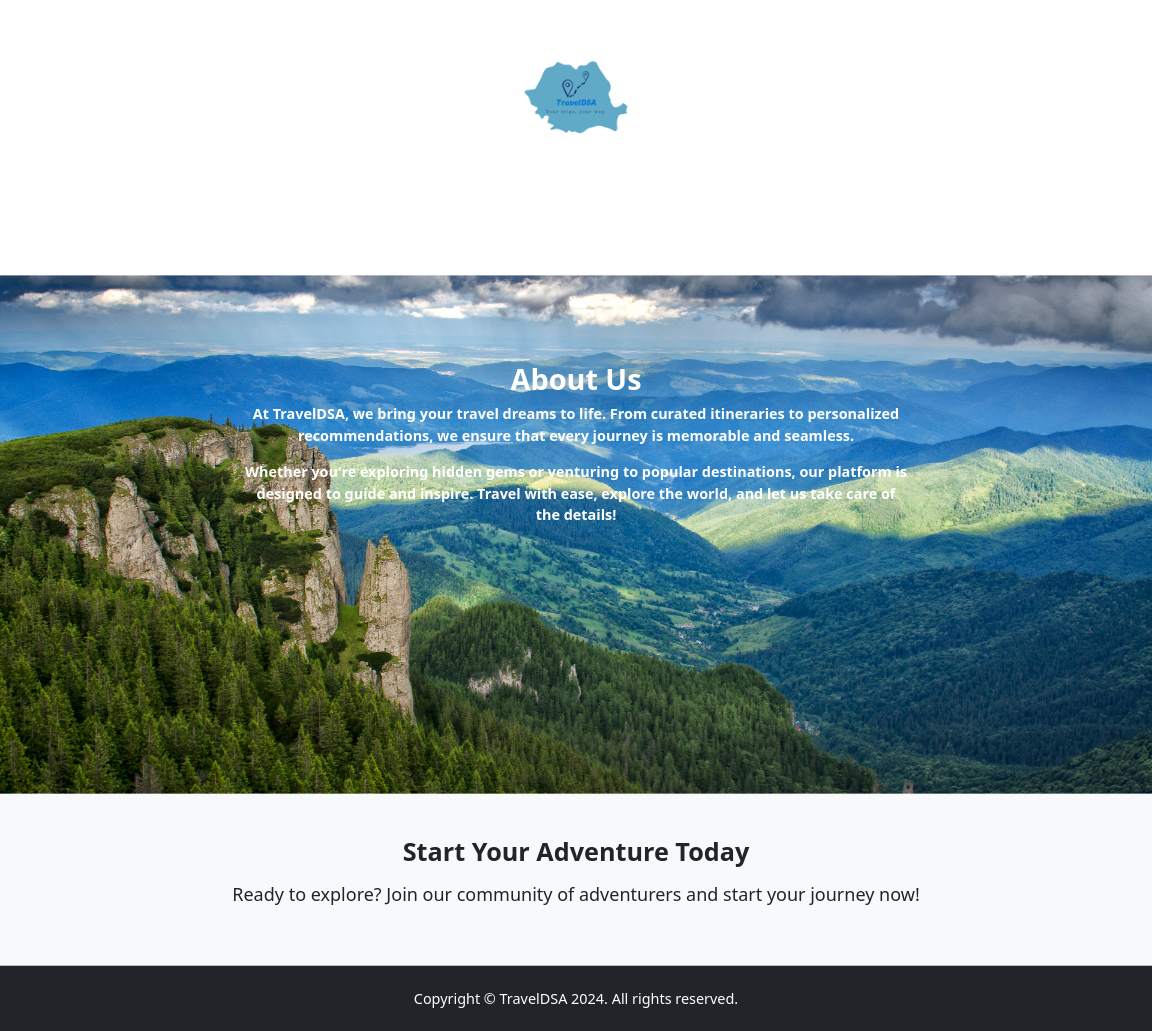
Repository: bettowww/TravelDSA
Page: /home
An editor plug-in stored every save of this project. The page is shown before and after the next save, followed by the edit.
The browser window is 1280 px wide. The pictures show the whole page, at 90% of full size.
The project was rebuilt for these pictures with package versions that can differ from the ones it lists, and the page was loaded fresh each time. The framework's server and built-in components were replaced by stand-ins that run in the browser. Also part of the build but not shown: next.config.mjs.

Above is the page before, as saved 2024-12-10 13:54:06.

After the next save:
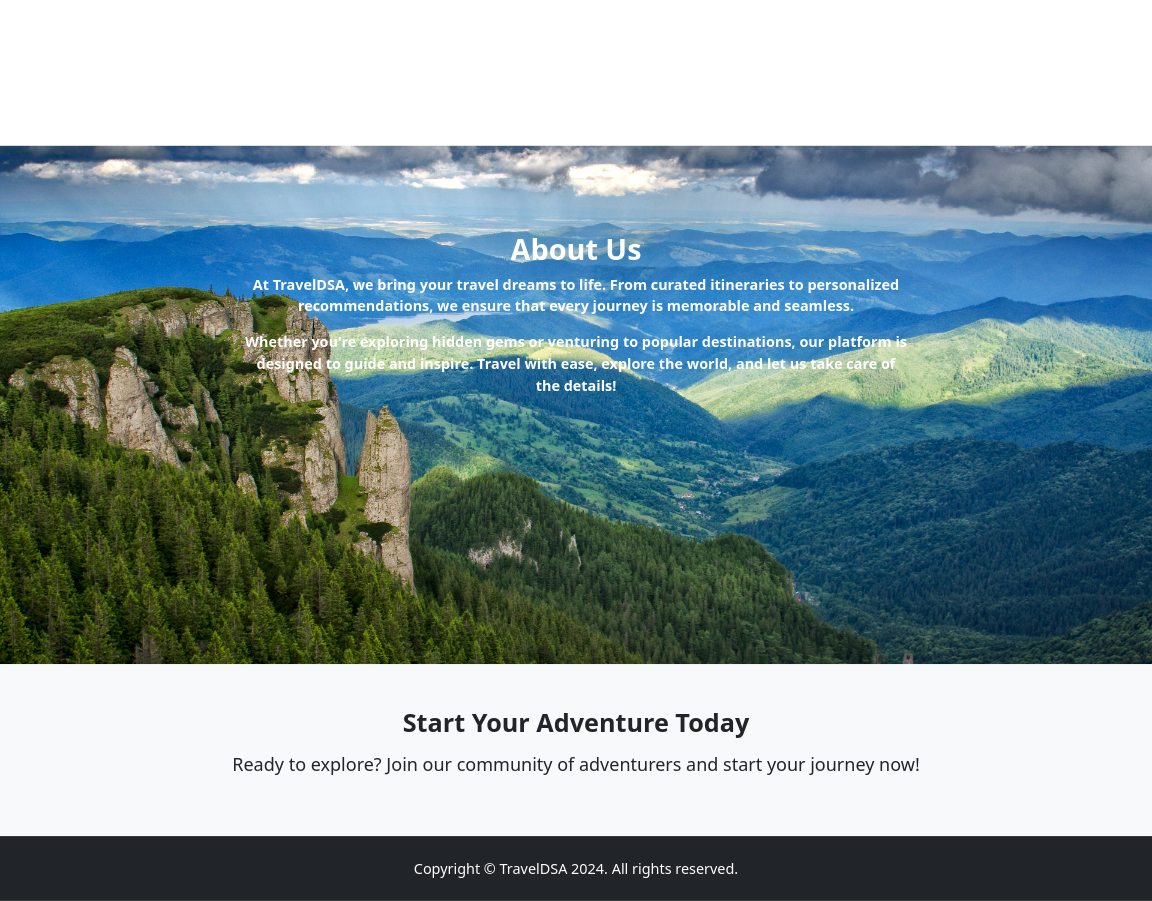
Saved 14 s later.
--- a/app/home/page.jsx
+++ b/app/home/page.jsx
@@ -14,12 +14,7 @@ const HomePage = () => {
       {/* Header Section */}
       <header>
         <div className="text-center my-5">
-          <img
-            className="img-fluid rounded-circle mb-4"
-            src="/pictures/logo.png"
-            alt="Company Logo"
-            style={{ width: "120px", height: "120px" }}
-          />
+
           <h1 className="text-white fs-3 fw-bolder">Welcome to TravelDSA</h1>
           <p className="text-white-50 mb-0">
             Your trusted travel companion for exploring the world.
